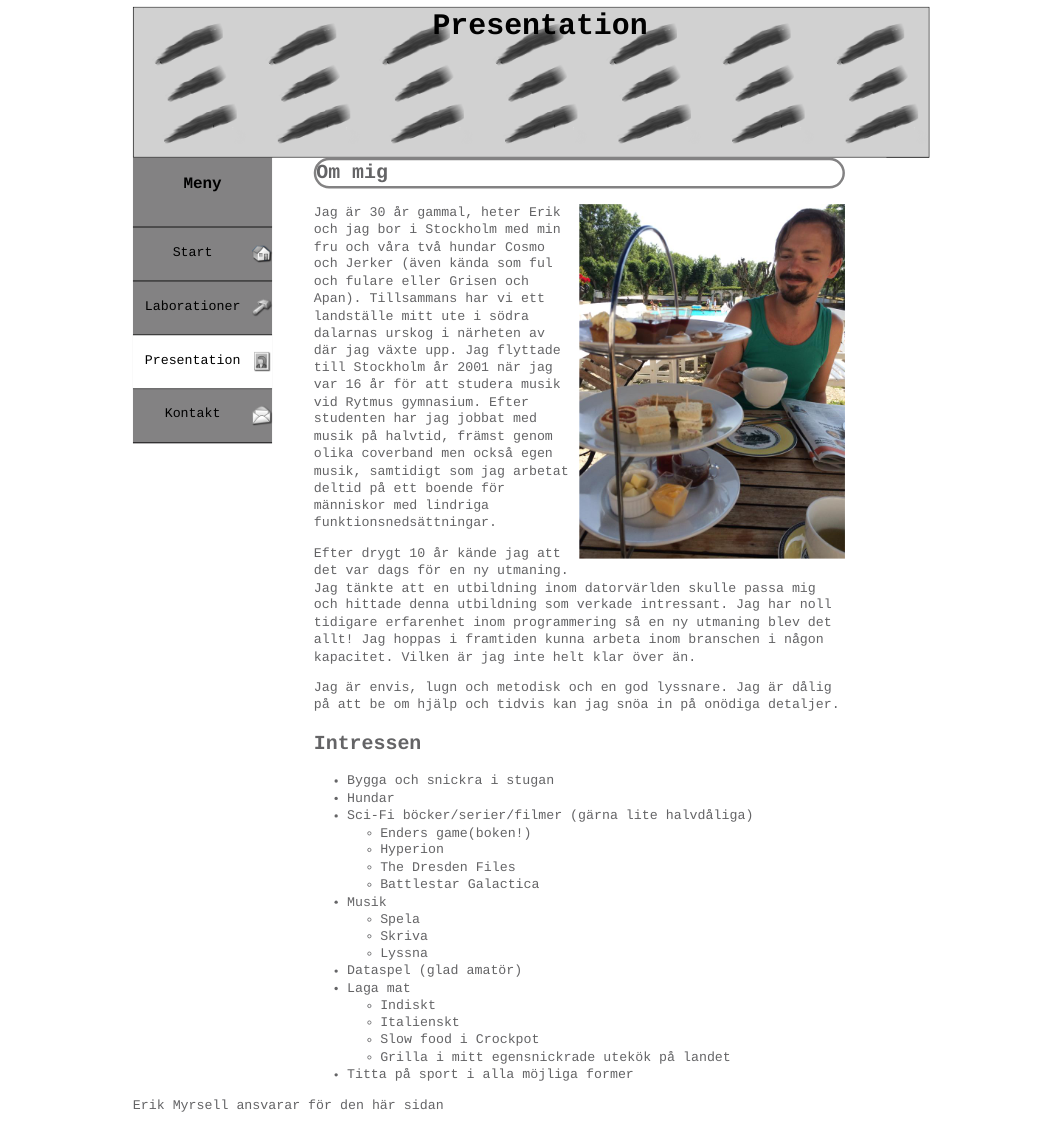
Repository: em222mt/1IK415_em222mt
Page: pages/presentation.html
The author's editor kept a record of every edit. The page is drawn from the files as they stood at one moment, then again after the next edit.
The browser window is 1280 px wide. The pictures show the whole page, at 83% of full size.

Above is the page before.

### pages/presentation.html
<!doctype html>
<html lang="sv">

<head>
    <meta charset="utf-8">
    <meta name="viewport" content="width=device-width, initial scale=1.0">

    <title>Presentation</title>

    <link rel="stylesheet" media="only screen and (min-width: 482px)" href="../css/basic.css">
    <link rel="stylesheet" media="print" href="../css/print.css">
    <link rel="stylesheet" media="only screen and (max-width: 481px)" href="../css/sscreen.css">

    <link rel="shortcut icon" href="../pics/favicon.png" type="png">
    <link rel="apple-touch-icon" href="../pics/apple-touch-icon-small.png">
    <link rel="apple-touch-icon" sizes="114x114" href="../pics/apple-touch-icon-big.png">

    <script>
        document.createElement("header");
        document.createElement("hgroup");
        document.createElement("footer");
        document.createElement("article");
        document.createElement("main");
        document.createElement("section");
        document.createElement("nav");
        document.createElement("aside");
        document.createElement("address");
    </script>
</head>

    <!-- Startpunkt -->

    <body>
        <div id="container">

            <header>
                <h1 class="headertitle">Presentation</h1>
            </header>

            <nav>

                <ul>
                    <li><h3>Meny</h3></li>
                    <li><a href="../index.html">Start</a><a id="home-icon" href="../index.html"></a></li>
                    <li><a href="laborationer.html">Laborationer</a><a id="work-icon" href="laborationer.html"></a></li>
                    <li class="active"><a href="presentation.html">Presentation</a><a id="bio-icon" href="presentation.html"></a></li>
                    <li><a href="kontakt.html">Kontakt</a><a id="contact-icon" href="kontakt.html"></a></li>
                </ul>

            </nav>

            <main>

            <header>
                <h2>Om mig</h2>
            </header>



                <h3></h3>

            <img id="biopic" src="../pics/tea.jpg" alt="Sommar med Afternoon tea på Häringe slott" width="360" height="480">

                <p>Jag är 30 år gammal, heter Erik och jag bor i Stockholm med min fru och våra två hundar Cosmo och Jerker (även kända som ful och fulare eller Grisen och Apan).
                   Tillsammans har vi ett landställe mitt ute i södra dalarnas urskog i närheten av där jag växte upp. Jag flyttade till Stockholm år 2001 när jag var 16 år för att studera musik vid
                   Rytmus gymnasium. Efter studenten har jag jobbat med musik på halvtid, främst genom olika coverband men också egen musik, samtidigt som jag arbetat deltid på ett boende för människor med
                   lindriga funktionsnedsättningar.
                </p>
                <p>Efter drygt 10 år kände jag att det var dags för en ny utmaning. Jag tänkte att en utbildning inom datorvärlden skulle passa mig och hittade denna utbildning som verkade intressant.
                   Jag har noll tidigare erfarenhet inom programmering så en ny utmaning blev det allt! Jag hoppas i framtiden kunna arbeta inom branschen i någon kapacitet. Vilken är jag inte helt klar över än.
                </p>
                <p>Jag är envis, lugn och metodisk och en god lyssnare. Jag är dålig på att be om hjälp och tidvis kan jag snöa in på onödiga detaljer.
                </p>
            </article>
            <h2>Intressen</h2>

                <ul>
                    <li>Bygga och snickra i stugan</li>
                    <li>Hundar</li>
                    <li>Sci-Fi böcker/serier/filmer (gärna lite halvdåliga)
                        <ul>
                            <li>Enders game(boken!)</li>
                            <li>Hyperion</li>
                            <li>The Dresden Files</li>
                            <li>Battlestar Galactica</li>
                        </ul>
                    </li>
                    <li>Musik
                        <ul>
                            <li>Spela</li>
                            <li>Skriva</li>
                            <li>Lyssna</li>
                        </ul>
                    </li>
                    <li>Dataspel (glad amatör)</li>
                    <li>Laga mat
                        <ul>
                            <li>Indiskt</li>
                            <li>Italienskt</li>
                            <li>Slow food i Crockpot</li>
                            <li>Grilla i mitt egensnickrade utekök på landet</li>
                        </ul>
                    </li>
                    <li>Titta på sport i alla möjliga former</li>
                </ul>

            </main>

            <footer>
                <p>Erik Myrsell ansvarar för den här sidan</p>
            </footer>
        </div>
    </body>
</html>

### css/basic.css
/*
Background main: #FFFFFF
Background aside: #838283
Background header/footer: #D1D1D1
text-color: #646466
*/

/*Layout*/

article, aside, details, figcaption, figure,
footer, header, hgroup, main, menu, nav,
section{
    display: block;
}

a:link 	    { color: black; }
a:visited 	{ color: gray; }
a:focus 	{ color: #838283; }
a:hover	    { color: #6495ED; background-color: white;}
a:active 	{ color: #FFFFFF; }

/*Container*/

#container {
    max-width: 960px;
    overflow: auto;
    margin: 0 auto;
}

/*----------------------------------------*/

/*Header*/

header h1 {
    border-style: solid;
    border-width: 1px;
    width: 958px;
    background-color: #D1D1D1;
    background-image: url(../pics/Logo5.png);
    background-repeat: round;
    background-position: left;
    text-indent: 300px;
    height: 180px;
}

header h2 {
    margin: 0 auto;
    border: 3px solid #838283;
    border-top-right-radius: 30px;
    border-top-left-radius: 30px;
    border-bottom-right-radius: 30px;
    border-bottom-left-radius: 30px;
}

.pageheader {
    margin: 10px 10px 10px 10px;
    text-align: center;
}

/*----------------------------------------*/

/*Navigation*/

nav {
    float: left;
    color: #646466;
    background-color: #838283;
    width: 168px;
}

nav li{
    border-bottom: 1px solid black;
    height: 64px;
}

nav a{
    float: left;
}

nav ul {
    list-style-type: none;
    margin: 0;
    padding: 0;
}

#container > nav > ul > li:nth-child(1) > h3{
    color: black;
    font-weight: bold;
    font-size: 1.2em;
    text-align: center;
}

nav a:nth-child(2) {
    float: left;
    background-image: url(pics/sprite.png);
    display: block;
    width: 24px;
    height: 24px;
    position: relative;
    top: 20px;
}

#home-icon          { background-position: 0 -48px;}
#home-icon:hover    { background-position: 0 0;}

#work-icon          { background-position: 0 -144px; }
#work-icon:hover    { background-position: 0 -96px; }

#bio-icon           { background-position: 0 -240px;}
#bio-icon:hover     { background-position: 0 -192px;}

#contact-icon       { background-position: 0 -336px;}
#contact-icon:hover { background-position: 0 -288px;}


nav a:nth-child(1){
    display: block;
    width: 144px;
    height: 43px;
    padding-top: 20px;
    text-align: center;
    color: black;
    text-decoration: none;

}

nav li:hover:nth-child(n+2) { color: #6495ED; background-color: white;}

li.active {
    background-color: white;
}

/*----------------------------------------*/

/*Content*/

main {
    float: left;
    max-width: 788px;
    background-color: #FFFFFF;
    padding-right: 50px;
    padding-left: 50px;
}

main, p {
    color: #646466;
    font-family: courier , serif;
    line-height: 130%;
    width: 640px;
}

.entry a {
    text-decoration: none;
    color: #838283;
    margin-left: 30px;
    border: 1px solid #838283;
    border-top-right-radius: 10px;
    border-top-left-radius: 10px;
    border-bottom-right-radius: 10px;
    border-bottom-left-radius: 10px;
}

.entryfooter {
    font-style: italic;
    border: none;
    background-color: white;

}

.blog {
    border-bottom: 2px solid #838283;
}
.comments {
    background-color: #F9F7FF;

}

h4 {
    font-weight: bold;
}

.commentfooter {
    font-style: italic;
}

/*----------------------------------------*/

/*Footer*/

#footer {
    border-style: solid;
    border-width: 1px;
    clear: both;
    max-width: 958px;
    background-color: #D1D1D1;
}

/*----------------------------------------*/

/*Presentation*/

#biopic{
    float: right;
    width: 50%;
    height: 50%;
    margin-left: 10px;
    margin-bottom: 10px;
}

/*----------------------------------------*/

/*Storleksanpassat bild i inlägg 2*/
#gubbe {
    max-width: 450px;
}

/*fonts*/
h1, h2, h3, ul, ol, li, form, a {
    color: #646466;
    font-family: courier , serif;
    line-height: 130%;
}

/*----------------------------------------*/

/*Tabell på laboration.html*/

main table tr td {
    width: 40%;
    border: 2px solid #838283;
    text-align: center;
    border-top-right-radius: 5px;
    border-bottom-right-radius: 5px;

}

#table th {
    border: 2px solid #838283;
    font-size: 1.03em;
    border-top-right-radius: 5px;
    border-bottom-right-radius: 5px;
}

tfoot {
    font-size: 1.03em;
}

/*----------------------------------------*/

/*Anpassat headerns text*/

.headertitle {
    margin: 0 auto;
    text-indent: 360px;
    color: black;
    font-size: 2.25em;
}

/*----------------------------------------*/

/*Lagt till en bild vid blogginläggen*/

.entry {
    background-image: url(../pics/post.png);
    background-repeat: no-repeat;
    background-position: top left;
    text-indent: 35px;
}
.entrypic {
    float: right;
    width: 35%;
}

/*----------------------------------------*/

/*Formulär och hcard*/

#form fieldset {
    width: 350px;
    background-color: #D1D1D1;
}

.formframe {
    font-weight: bold;
}

.formunit {
    float: left;
    width: 100%;
}

#formtitle {
    display: none;
}

#formcontainer {
    margin-left: 20%;
}

.vcard {
    max-width: 80%;
    color: #838283;
    margin-left: 50px;
    margin-top: 30px;
    margin-bottom: 30px;
    border: 2px solid #838283;
    border-top-right-radius: 10px;
    border-top-left-radius: 10px;
    border-bottom-right-radius: 10px;
    border-bottom-left-radius: 10px;
    padding-left: 10px;
    padding-right: 10px;
    text-align: center;
    float: left;

}

#hcard-Erik-Hans-Gustav-Myrsell > img {

    max-width: 96%;
    margin: 10px 10px 10px 10px;
    padding-bottom: 10px;
    border-bottom: 2px solid #838283;
}

#hcard-Erik-Hans-Gustav-Myrsell > a.url.fn.n {

    border: 2px solid #838283;
    text-decoration: none;
    text-align: center;
}

#hcard-Erik-Hans-Gustav-Myrsell > p {
    text-align: left;
}
/*------------------------------------*/

### css/print.css
/*
Background main: #FFFFFF
Background aside: #838283
Background header/footer: #D1D1D1
text-color: #646466
*/

/*Layout*/

a:link 	    { color: black; }
a:visited 	{ color: gray; }
a:focus 	{ color: #838283; }
a:hover	    { color: #6495ED; }
a:active 	{ color: #FFFFFF; }

/*Tryck ihop text för utskrift och ändra färgr*/

@media print {
    a, h1, h2, h3, p, table {
        color: #000000;
        background-color: #ffffff;
        max-width: 500px;
    }
}

@media print {
    ul, ol, dl, li {
        color: #000000;
        background-color: #ffffff;
        max-width: 400px;
    }
}
/*--------------------------------------*/

/*Content*/
@media print {
    #content {
        color: #000000;
        background-color: #ffffff;
        /*display: none;*/
        border: none;
        max-width: 960px;
    }
}
/*--------------------------------------*/

/*Dölj bilder och annan media*/

@media print {
    #gubbe {
        display: none;
    }
}

@media print {
#blogg > div:nth-child(2) > img {
    display: none;
}
}

@media print {
.video {
    display: none;
}
}

@media print {
#bild {
    display: none;
}
}
/*--------------------------------------*/

@media print{
       a:after{content:" (" attr(href) ") ";

       }
}
/*Navigation*/

@media print {
#navigation {
    display: none;
    border: none;
    color: #ffffff;
    background-color: #ffffff;
    }
}
/*--------------------------------------*/

/*header*/

@media print {
    #header {
        color: #ffffff;
        background-color: #ffffff;
        display: none;
        border: none;
        border-style: none;
    }
}
/*--------------------------------------*/

/*header*/
@media print {
    #footer {
        color: #000000;
        background-color: #ffffff;
        display: none;
        border: none;
        border-style: none;
    }
}
/*--------------------------------------*/

### css/sscreen.css
/*Layout*/

article, aside, details, figcaption, figure,
footer, header, hgroup, main, menu, nav,
section{
    display: block;
}

a:link 	    { color: black; }
a:visited 	{ color: gray; }
a:focus 	{ color: #838283; }
a:hover	    { color: #6495ED; background-color: white;}
a:active 	{ color: #FFFFFF; }

/*----------------------------------------*/

/*Fonts*/
h1, ul, ol, form, a, p {
    color: #646466;
    font-family: courier , serif;
    line-height: 130%;
    font-size: 0.9em;
}

h2, h3, li {
    color: #646466;
    font-family: courier , serif;
    line-height: 130%;
}

h2 {
    text-align: center;
}


/*Container*/

#container {
    width: auto;
}

/*----------------------------------------*/

/*Header*/

header h1 {
    border-style: solid;
    border-width: 1px;
    max-width: 100%;
    background-color: #D1D1D1;
    background-image: url(../pics/Logo5.png);
    background-repeat: repeat;
    background-position: left;
    text-align: center;
}

header h2 {
    margin: 0 auto;
    border: 3px solid #838283;
    border-top-right-radius: 30px;
    border-top-left-radius: 30px;
    border-bottom-right-radius: 30px;
    border-bottom-left-radius: 30px;
}

#bloggheader {
    margin: 10px 10px 10px 10px;
    text-align: center;
}



/*Content*/

main {
        width: auto;
        float: none;
        text-align: left;
        padding: 0 0 0 0;
        margin: 0 0 0 0;
}

main > ol:nth-child(7) > li:nth-child(4) > ol > li{

    word-break: break-all;
}

.entry a {
    text-decoration: none;
    color: #838283;
    margin-left: 30px;
    border: 1px solid #838283;
    border-top-right-radius: 10px;
    border-top-left-radius: 10px;
    border-bottom-right-radius: 10px;
    border-bottom-left-radius: 10px;
}

.entryfooter {
    font-style: italic;
    border: none;
    background-color: white;

}

.blog {
    border-bottom: 2px solid #838283;
}

.comments {
    background-color: #F9F7FF;
}

h4 {
    font-weight: bold;
}

.commentfooter {
    font-style: italic;
}


/*----------------------------------------*/


/*Navigation*/

nav {
        width: auto;
}

nav{
    color: #646466;
    background-color: #838283;
    max-width: 100%;
}

nav li{
    border-bottom: 1px solid black;
    height: 64px;
    font-size: 1.1em;
}

nav a{
    float: left;
}

nav ul {
    list-style-type: none;
    margin: 0;
    padding: 0;
}

#container > nav > ul > li:nth-child(1) > h3{
    color: black;
    font-weight: bold;
    font-size: 1.2em;
    text-align: center;
}

nav a:nth-child(2) {
    float: left;
    background-image: url(pics/sprite.png);
    display: block;
    width: 24px;
    height: 24px;
    position: relative;
    top: 20px;
}

#home-icon          { background-position: 0 -48px;}
#home-icon:hover    { background-position: 0 0;}

#work-icon          { background-position: 0 -144px; }
#work-icon:hover    { background-position: 0 -96px; }

#bio-icon           { background-position: 0 -240px;}
#bio-icon:hover     { background-position: 0 -192px;}

#contact-icon       { background-position: 0 -336px;}
#contact-icon:hover { background-position: 0 -288px;}


nav a:nth-child(1){
    float: right;
    display: block;
    width: 270px;
    height: 43px;
    padding-top: 20px;
    text-indent: 10px;
    color: black;
    text-decoration: none;
}

nav li:hover:nth-child(n+2) { color: #6495ED; background-color: white;}



li.active {
    background-color: white;
}

/*----------------------------------------*/


/*Bilder*/

img {
    max-width: 100%;
}

/*----------------------------------------*/


.entry {
    background-image: url(../pics/post.png);
    background-repeat: no-repeat;
    background-position: top left;
    text-indent: 35px;
}

.headertitle {
    margin: 0 auto;
    color: black;
    font-size: 2.25em;
}

h3 {
    text-align: center;
}

/*----------------------------------------*/

/*Footer*/

#footer {
    border-style: solid;
    border-width: 1px;
    clear: both;
    background-color: #D1D1D1;

}
/*----------------------------------------*/

/*Formulär*/

#form fieldset {
    max-width: 100%;
    background-color: #D1D1D1;
}

.formframe {
    font-weight: bold;
}

.formunit {
    float: left;
    width: 100%;
}

#recepientemail
{
    width: 70%;
}

#recepienttwitter
{
    width: 60%;
}

#recepientfacebook
{
    width: 50%;
}

#formsubmit
{
    margin-top: 15px;
    margin-bottom: 15px;
    alignment-adjust: middle;
}

#form input {
    max-width: 95%;
}

#formtitle {
    display: none;
}
/*----------------------------------------*/

/*Tabell på laboration.html*/

main table tr td {
    width: 40%;
    border: 2px solid #838283;
    text-align: center;
    border-top-right-radius: 5px;
    border-bottom-right-radius: 5px;

}

#table th {
    border: 2px solid #838283;
    font-size: 1.03em;
    border-top-right-radius: 5px;
    border-bottom-right-radius: 5px;
}

tfoot {
    font-size: 1.03em;
}

After the next edit:
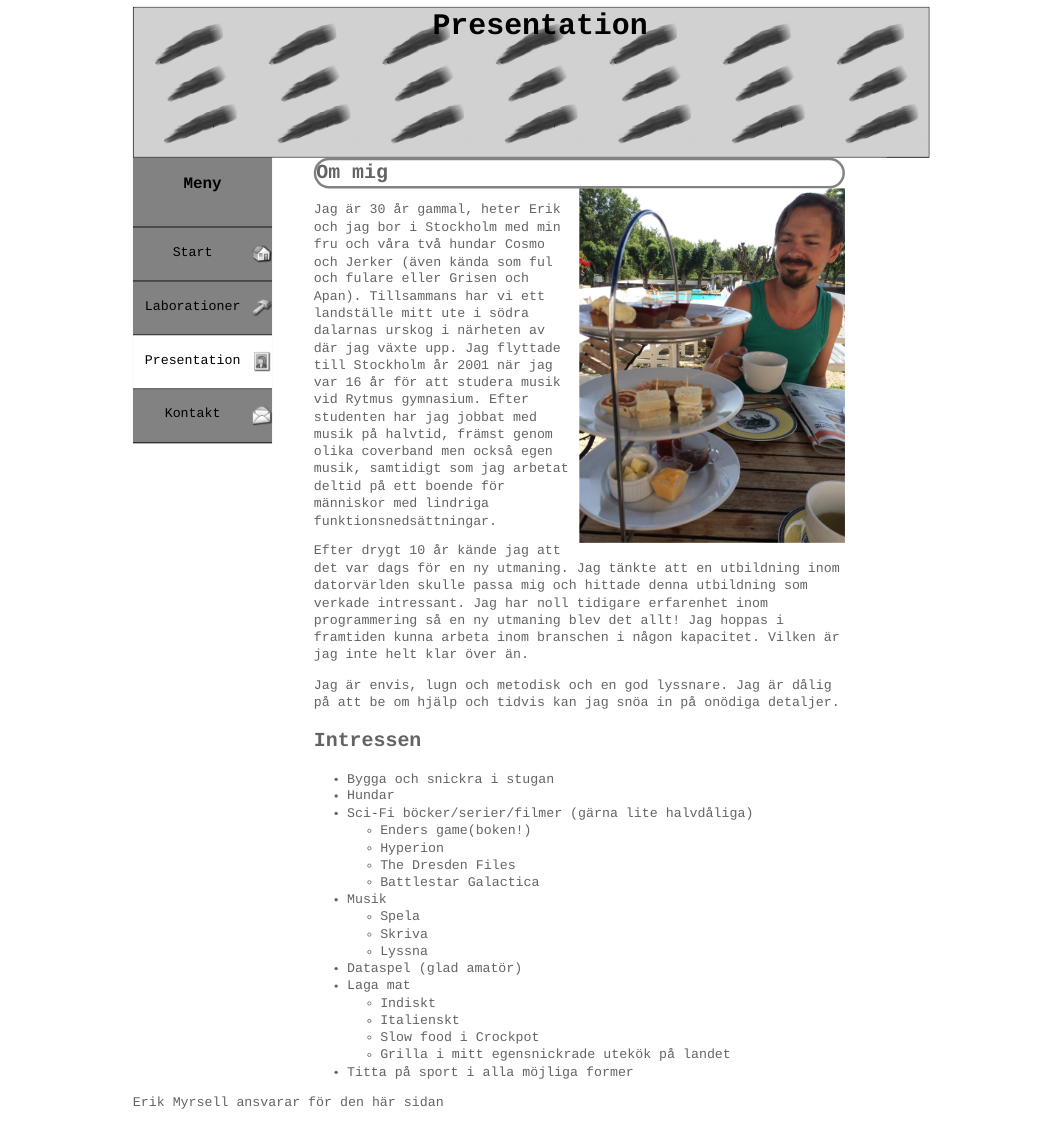
The edit:
--- a/pages/presentation.html
+++ b/pages/presentation.html
@@ -51,15 +51,12 @@
 
             <main>
 
-            <header>
-                <h2>Om mig</h2>
-            </header>
+            <article>
+                <header>
+                    <h2>Om mig</h2>
+                </header>
 
-
-
-                <h3></h3>
-
-            <img id="biopic" src="../pics/tea.jpg" alt="Sommar med Afternoon tea på Häringe slott" width="360" height="480">
+                <img id="biopic" src="../pics/tea.jpg" alt="Sommar med Afternoon tea på Häringe slott" width="360" height="480">
 
                 <p>Jag är 30 år gammal, heter Erik och jag bor i Stockholm med min fru och våra två hundar Cosmo och Jerker (även kända som ful och fulare eller Grisen och Apan).
                    Tillsammans har vi ett landställe mitt ute i södra dalarnas urskog i närheten av där jag växte upp. Jag flyttade till Stockholm år 2001 när jag var 16 år för att studera musik vid
